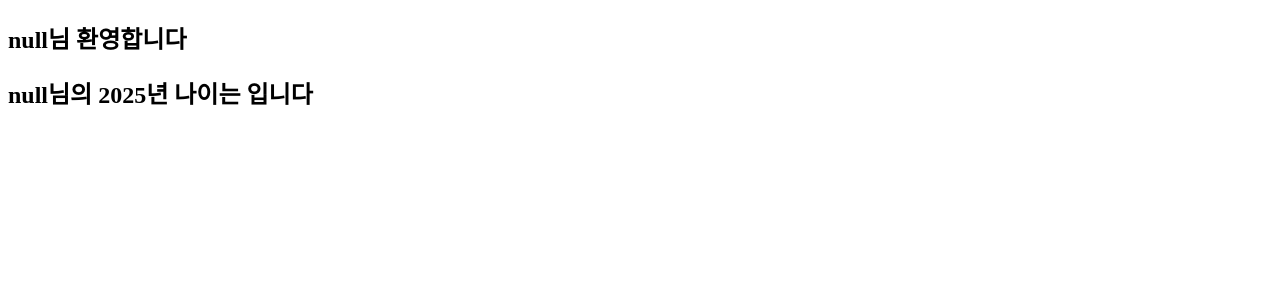
Repository: jijibaebaeeee/jsp-study
Page: http://localhost/day02_task/result.jsp
An editor plug-in stored every save of this project. The page is shown before and after the next save, followed by the edit.
The browser window is 1280 px wide. The pictures show the whole page.
The page is served by Tomcat 9. Other server files are loaded and not shown.

Above is the page before, as saved 2025-01-13 08:00:21.

### workspace/day02_task/src/main/webapp/result.jsp
<%@ page language="java" contentType="text/html; charset=UTF-8"
    pageEncoding="UTF-8"%>
<!DOCTYPE html>
<html>
<head>
<meta charset="UTF-8">
<title>Insert title here</title>
</head>
<body>
	<h2><%=request.getAttribute("userName")%>님 환영합니다</h2>
	<h2><%=request.getAttribute("userName") %>님의 2025년 나이는 <%request.getAttribute("userAge"); %>입니다</h2>


</body>
</html>

After the next save:
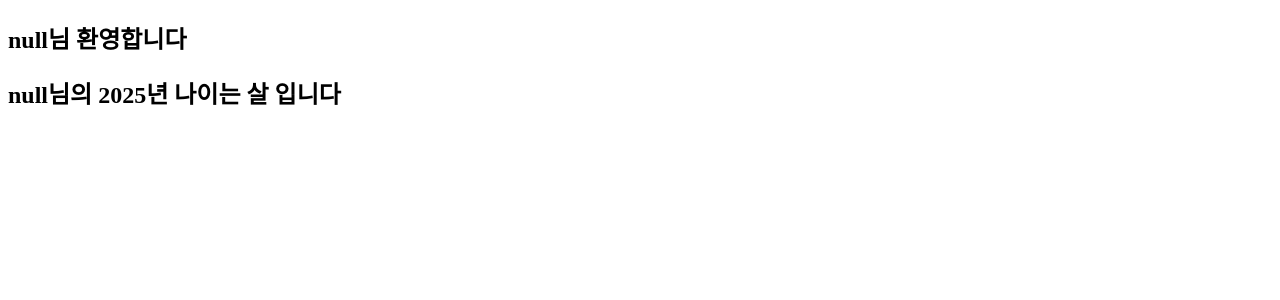
Saved 13 s later.
--- a/workspace/day02_task/src/main/webapp/result.jsp
+++ b/workspace/day02_task/src/main/webapp/result.jsp
@@ -8,7 +8,7 @@
 </head>
 <body>
 	<h2><%=request.getAttribute("userName")%>님 환영합니다</h2>
-	<h2><%=request.getAttribute("userName") %>님의 2025년 나이는 <%request.getAttribute("userAge"); %>입니다</h2>
+	<h2><%=request.getAttribute("userName") %>님의 2025년 나이는 <%request.getAttribute("userAge"); %>살 입니다</h2>
 
 
 </body>
